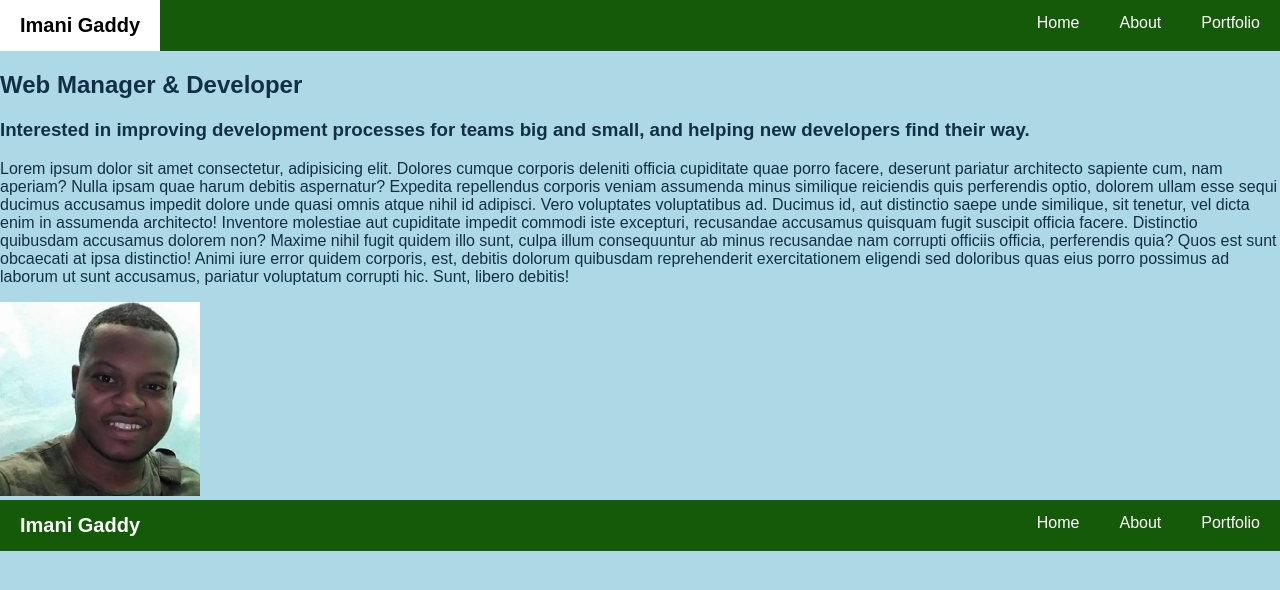
Repository: website-dev-team/website-repo
Page: personal_site/home.html
The author's editor kept a copy of each file at every save. The page is drawn from the files as they stood at one save, then again after the next save.
The browser window is 1280 px wide. The pictures show the whole page.

Above is the page before, as saved 2024-07-16 04:40:57.

### personal_site/home.html
<!DOCTYPE html>
<html lang="en">
<head>
    <meta charset="UTF-8">
    <meta name="viewport" content="width=device-width, initial-scale=1.0">
    <title>My Personal Website</title>
    <link rel="stylesheet" href="style.css">
</head>
<body>
<header>
    <nav class="navbar">
        <a class="logo" href="#">Imani Gaddy</a>
        <a href="./portfolio.html" class="nav-item">Portfolio</a>
        <a href="./about.html" class="nav-item">About</a>
        <a href="./home.html" class="nav-item">Home</a>
    </nav>
</header>

<section class="boxw"><h2>Web Manager & Developer</h2></section>
<div>
    <section class="box">
        <section class="box2"><h3>Interested in improving development processes for teams big and small, and helping new developers find their way.</h3>
    <p>Lorem ipsum dolor sit amet consectetur, adipisicing elit. Dolores cumque corporis deleniti officia cupiditate quae porro facere, deserunt pariatur architecto sapiente cum, nam aperiam? Nulla ipsam quae harum debitis aspernatur?
    Expedita repellendus corporis veniam assumenda minus similique reiciendis quis perferendis optio, dolorem ullam esse sequi ducimus accusamus impedit dolore unde quasi omnis atque nihil id adipisci. Vero voluptates voluptatibus ad.
    Ducimus id, aut distinctio saepe unde similique, sit tenetur, vel dicta enim in assumenda architecto! Inventore molestiae aut cupiditate impedit commodi iste excepturi, recusandae accusamus quisquam fugit suscipit officia facere.
    Distinctio quibusdam accusamus dolorem non? Maxime nihil fugit quidem illo sunt, culpa illum consequuntur ab minus recusandae nam corrupti officiis officia, perferendis quia? Quos est sunt obcaecati at ipsa distinctio!
    Animi iure error quidem corporis, est, debitis dolorum quibusdam reprehenderit exercitationem eligendi sed doloribus quas eius porro possimus ad laborum ut sunt accusamus, pariatur voluptatum corrupti hic. Sunt, libero debitis!</p>
        <img src="Profile.png" alt="Profile Image" class="float-left" width="200">
        </section>
</div>
<footer>
    <nav class="navbar">
        <a class="logo" href="#">Imani Gaddy</a>
        <a href="./portfolio.html" class="nav-item">Portfolio</a>
        <a href="./about.html" class="nav-item">About</a>
        <a href="./home.html" class="nav-item">Home</a>
    </nav>
</footer>

</body>
</html>

### personal_site/style.css
body {
    margin: 0;
    font-family: Arial, Helvetica, sans-serif;
    background-color: #add8e6;
    color: #132f46;

}

.navbar {
    background-color: #145a08;
    overflow: hidden;
}

.navbar a {
    display: inline-block;
    text-decoration: none;
    text-align: center;
    padding: 14px 20px;
    color: white;
}

.navbar a:hover {
    background-color: white;
    color: black;
}

.navbar .logo {
    font-size: 20px;
    font-weight: bold;
    float: left;
}

.navbar .nav-item {
    float: right;
}

After the next save:
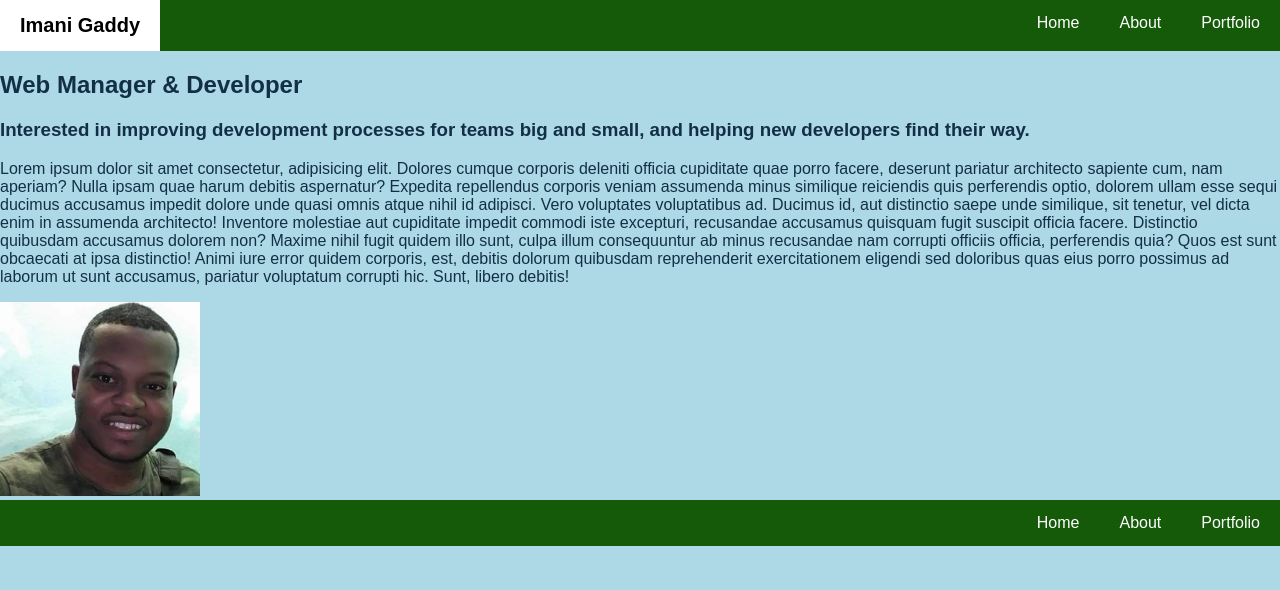
Saved 12 min 25 s later.
--- a/personal_site/home.html
+++ b/personal_site/home.html
@@ -30,10 +30,9 @@
 </div>
 <footer>
     <nav class="navbar">
-        <a class="logo" href="#">Imani Gaddy</a>
-        <a href="./portfolio.html" class="nav-item">Portfolio</a>
-        <a href="./about.html" class="nav-item">About</a>
-        <a href="./home.html" class="nav-item">Home</a>
+        <a href="./twitter.jpg" class="nav-item">Portfolio</a>
+        <a href="./facebook.jpg" class="nav-item">About</a>
+        <a href="./instagram.png" class="nav-item">Home</a>
     </nav>
 </footer>
 
